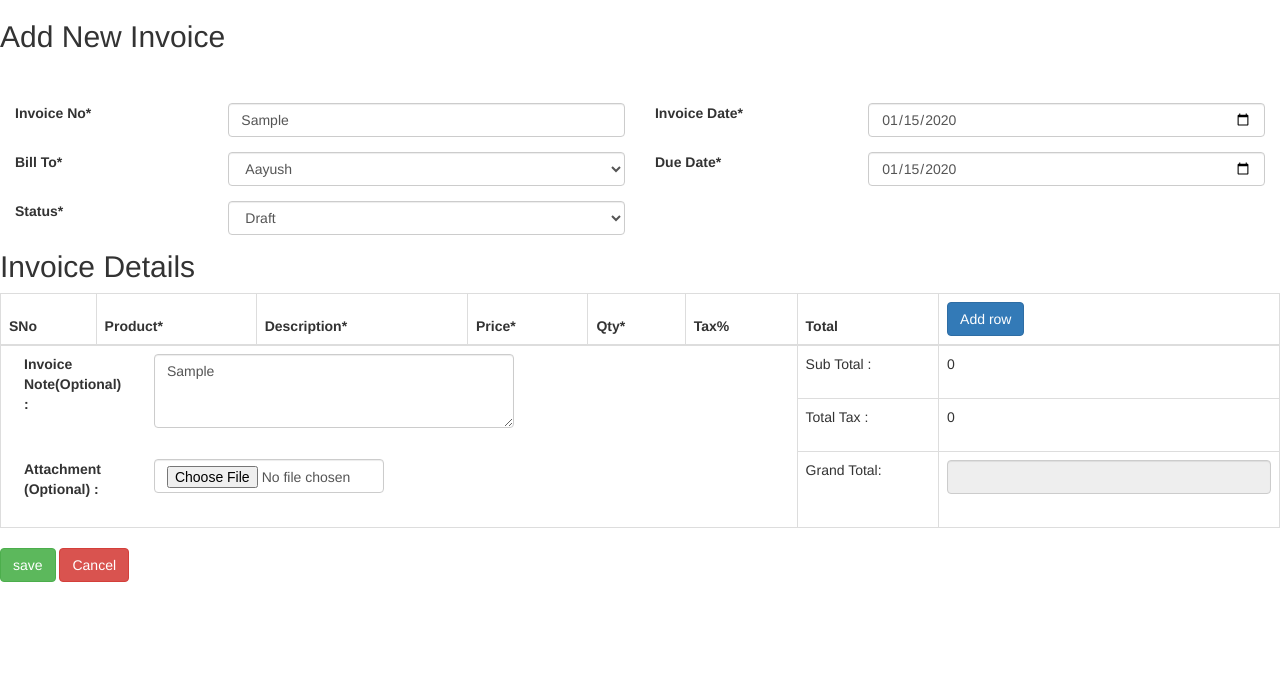
Repository: Aayush13013/Invoice_Management_app
Page: http://localhost/invoiceInfo/WEB-INF/jsp/new_invoiceInfo.jsp
These files come from the project's save history. The page is drawn as it stood at one moment and after a run of saves; the edit follows.
The browser window is 1280 px wide. The pictures show the whole page.
Empty fields were first filled with sample values (such as "Sample", 5 or name@example.com).
After loading, the first visible `input.btn` was clicked once.
The page is served by Tomcat 9. Nobody is signed in. Other server files are loaded and not shown. The template is opened directly, without the code that normally fills it, so the values that code supplies are empty.

Above is the page before, as saved 2021-12-27 17:02:05.
Console error: SyntaxError: Unexpected token '}'

### invoiceInfo/invoiceInfo/src/main/webapp/WEB-INF/jsp/new_invoiceInfo.jsp
<%@ page language="java" contentType="text/html; charset=ISO-8859-1"
	pageEncoding="ISO-8859-1"%>
<%@ taglib prefix="form" uri="http://www.springframework.org/tags/form"%>
<%@ taglib prefix="c" uri="http://java.sun.com/jsp/jstl/core"%>


<!DOCTYPE html>
<html>

<head>
<meta charset="ISO-8859-1">
<title>Add New Invoice</title>

<link rel="stylesheet"
	href="https://maxcdn.bootstrapcdn.com/bootstrap/3.4.1/css/bootstrap.min.css">



</head>

<body>
	<script>
		function addRows(id) {
			var table = document.getElementById(id);
			var array = [ "Computer", "Mobile", "PenDrive", "Mouse" ];

			var rowCount = table.rows.length;
			var row = table.insertRow(rowCount);
			var counts = rowCount - 1;

			var cell0 = row.insertCell(0);
			cell0.innerHTML = rowCount + 1;

			var cell1 = row.insertCell(1);
			var element1 = document.createElement("select");
			element1.name = "listOfProducts[" + counts + "].productName";
			for (var i = 0; i < array.length; i++) {
				var option = document.createElement("option");
				option.value = array[i];
				option.text = array[i];
				element1.appendChild(option);
			}
			cell1.appendChild(element1);

			var cell2 = row.insertCell(2);
			var element2 = document.createElement("textarea");
			element2.type = "text";
			element2.name = "listOfProducts[" + counts + "].description";
			cell2.appendChild(element2);

			var cell3 = row.insertCell(3);
			var element3 = document.createElement("input");
			element3.type = "number";
			element3.name = "listOfProducts[" + counts + "].price";
			cell3.appendChild(element3);

			var cell4 = row.insertCell(4);
			var element4 = document.createElement("input");
			element4.type = "number";
			element4.name = "listOfProducts[" + counts + "].qty";
			cell4.appendChild(element4);

			var cell5 = row.insertCell(5);
			var element5 = document.createElement("input");
			element5.type = "number";
			element5.name = "listOfProducts[" + counts + "].taxPercent";
			cell5.appendChild(element5);

			var cell6 = row.insertCell(6);
			var element6 = document.createElement("input");
			element6.type = "number";
			element6.name = "listOfProducts[" + counts + "].total";
			cell6.appendChild(element6);

			var cell7 = row.insertCell(7);
			var element7 =

		}
	</script>


	<h2>Add New Invoice</h2>
	<br>



	<form:form action="/saveInvoice" modelAttribute="invoiceInfo"
		method="POST">
		<form:hidden path="id" placeholder="id" class="form-control " />
		<div class="form-row">
			<div class="form-group col-md-2">
				<label>Invoice No*</label>
			</div>
			<div class="form-group col-md-4">
				<form:input type="text" path="invoiceNo" placeholder="invoiceNo"
					class="form-control" />
			</div>
			<div class="form-group col-md-2">
				<label>Invoice Date*</label>

			</div>
			<div class="form-group col-md-4">
				<form:input type="date" path="invoiceDate" placeholder="invoiceDate"
					class="form-control " />
			</div>
		</div>
		<div class="form-row">
			<div class="form-group col-md-2">
				<label>Bill To*</label>

			</div>
			<div class="form-group col-md-4">
				<form:select path="billTo" class="form-control"
					required="required">
					<optgroup label="Select_Customer">
						<form:option value="Aayush"></form:option>
						<form:option value="Shridhar"></form:option>
						<form:option value="Suneel"></form:option>
						<form:option value="Lekhana"></form:option>
					</optgroup>
				</form:select>
			</div>
			<div class="form-group col-md-2">
				<label>Due Date*</label>

			</div>

			<div class="form-group col-md-4">
				<form:input type="date" path="dueDate" placeholder="dueDate"
					class="form-control " />
			</div>
		</div>
		<div class="form-row">
			<div class="form-group col-md-2">
				<label>Status*</label>

			</div>
			<div class="form-group col-md-4">
				<form:select path="status" class="form-control ">
					<optgroup label="Select_Status">
						<form:option value="Draft"></form:option>
						<form:option value="Sent"></form:option>
						<form:option value="Paid"></form:option>
					</optgroup>
				</form:select>
			</div>
			<div class="form-group col-md-2">
				<label hidden>** :</label>
			</div>
			<div class="form-group col-md-4">
				<input type="text" class="form-control" style="visibility: hidden;">
			</div>
		</div>


		<div class="form-row">
			<h2>Invoice Details</h2>

			<table class="table table-bordered">
				<thead>
					<tr>
						<th>SNo</th>
						<th>Product*</th>
						<th>Description*</th>
						<th>Price*</th>
						<th>Qty*</th>
						<th>Tax%</th>
						<th>Total</th>
						<th><input type="button" value="Add row" class="btn btn-primary"
							onclick="addRows('myTable')" /></th>
					</tr>

				</thead>
				<tbody id="myTable">

				</tbody>
				<tr>
					<td colspan="6" rowspan="2">
						<div class="form-group  col-md-2">
							<label>Invoice Note(Optional) :</label>
						</div>
						<div class="form-group   col-md-6">
							<textarea class="form-control rounded-0" name="invoice_note"
								id="invoice_note" rows="3" maxlength="1000"
								placeholder="Invoice Note"></textarea>
						</div>
					</td>
					<td>Sub Total :</td>
					<td><span path="subTotal" name="subTotal" id="subTotal">0</span></td>
				</tr>
				<tr>
					<td>Total Tax :</td>
					<td><span path="totalTax" name="totalTax" id="totalTax">0</span></td>
				</tr>
				<tr>
					<td colspan="6" style="border-top: hidden">
						<div class="form-group  col-md-2">
							<label>Attachment (Optional) :</label>
						</div>
						<div class="form-group col-md-4">
							<input type="file" name="myfile" placeholder="Attachment"
								id="myfile" class="form-control">
						</div>
					</td>
					<td>Grand Total:</td>
					<td><input type="text" path="grandTotal" name="grandTotal"
						id="grandTotal" readonly class="form-control col-4 mb-4" /></td>
				</tr>

			</table>
		</div>

		<input type="submit" value="save" class="btn btn-success" />
		<button type="clear" class="btn btn-danger">Cancel</button>
	</form:form>
</body>

</html>

After the next 7 saves:
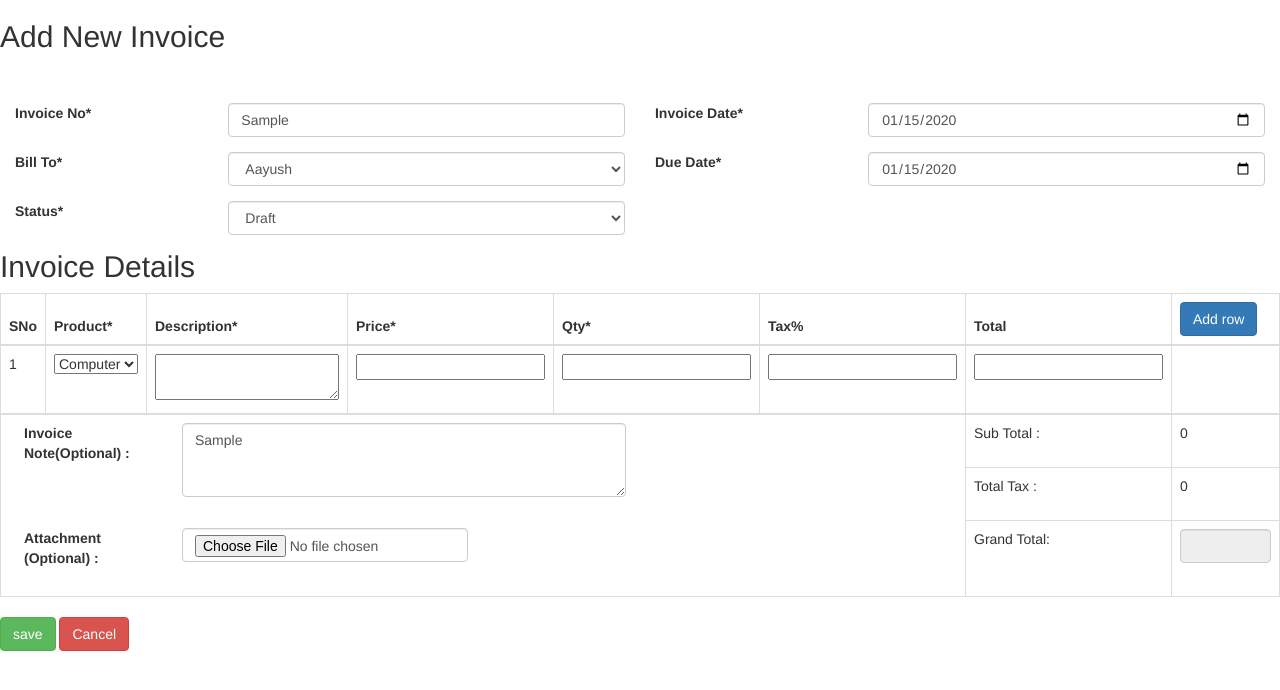
The error is gone.
The 7 saves are shown as one change because they came seconds apart.
The last was saved 20 s later.
--- a/invoiceInfo/invoiceInfo/src/main/webapp/WEB-INF/jsp/new_invoiceInfo.jsp
+++ b/invoiceInfo/invoiceInfo/src/main/webapp/WEB-INF/jsp/new_invoiceInfo.jsp
@@ -73,7 +73,8 @@
 			cell6.appendChild(element6);
 
 			var cell7 = row.insertCell(7);
-			var element7 =
+			var element7 = document.createElement("input");
+
 
 		}
 	</script>
